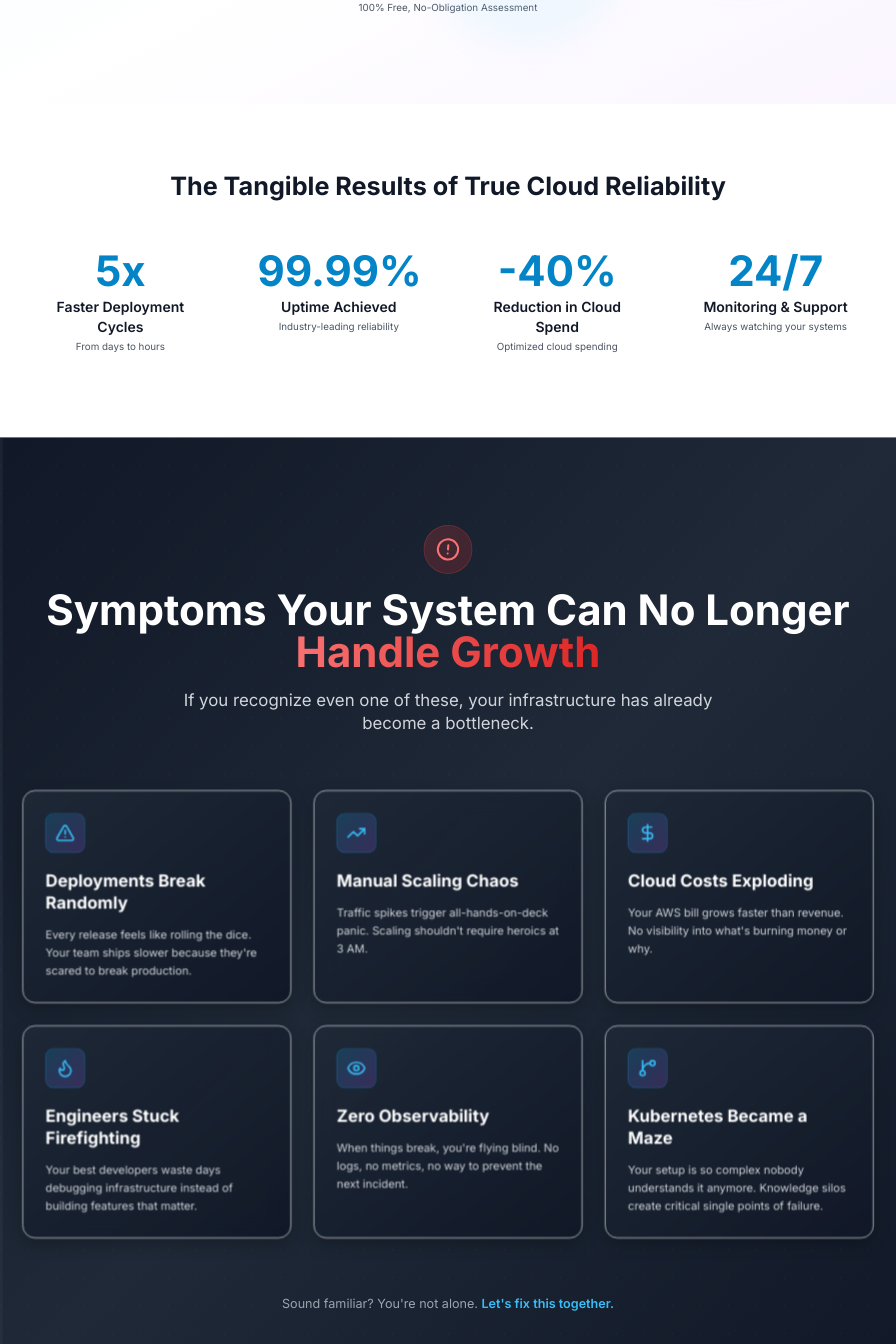
Repository: nirvaha-tech/nirva-monorepo
Page: / (app in frontend/)
An editor plug-in stored every save of this project. The page is shown before and after the next save, followed by the edit.
The browser window is 1280 px wide. The pictures show the part of the page from y = 507 to 2427 px (the page is 7108 px tall before and 7309 px after), at 70% of full size.
The project was rebuilt for these pictures with package versions that can differ from the ones it lists, and the page was loaded fresh each time. The framework's server and built-in components were replaced by stand-ins that run in the browser. Also part of the build but not shown: frontend/next.config.js.

Above is the page before, as saved 2025-11-14 22:49:57.

After the next save:
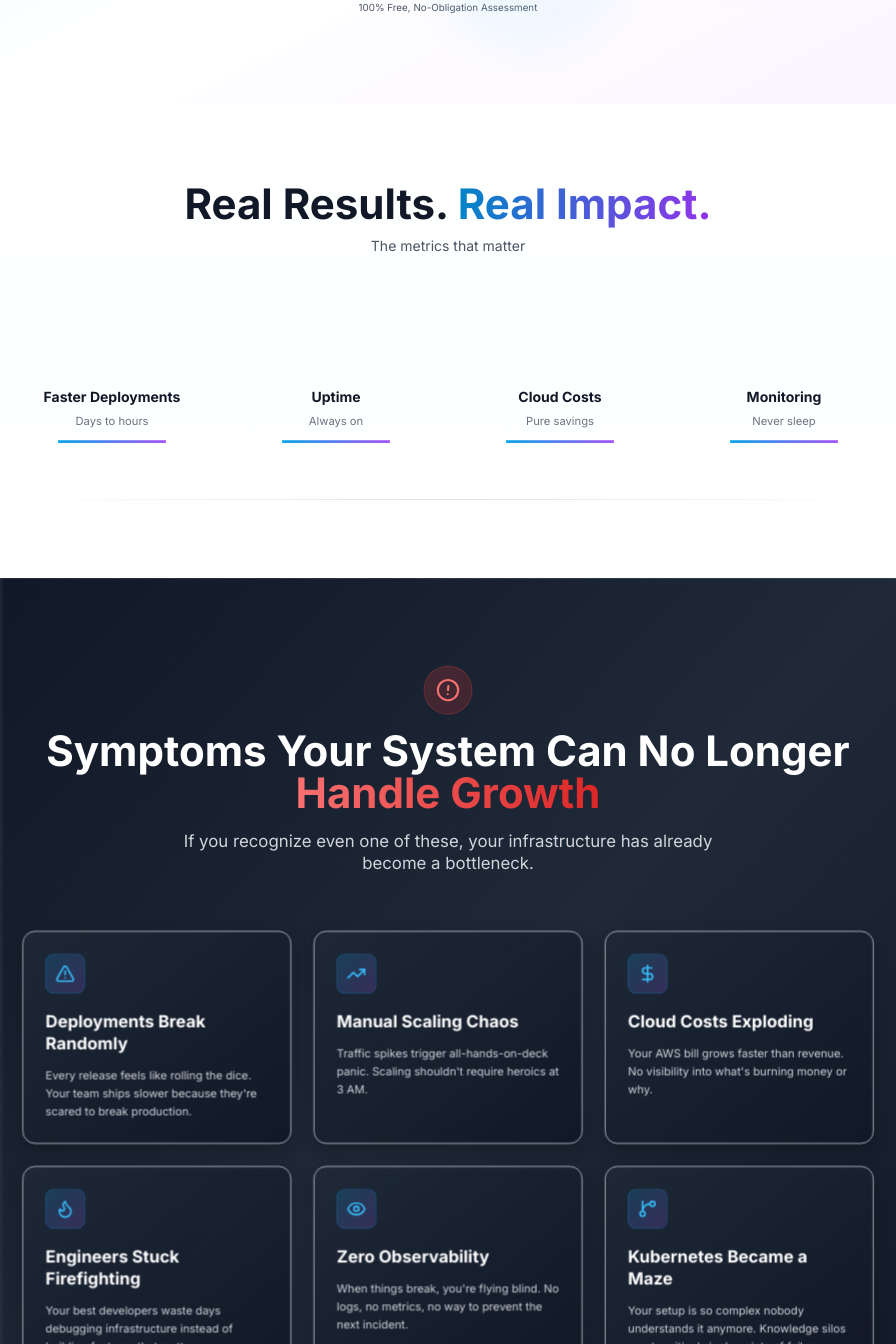
Saved 6 min 47 s later.
--- a/frontend/src/components/Stats.tsx
+++ b/frontend/src/components/Stats.tsx
@@ -1,92 +1,148 @@
 "use client";
 
-import { motion } from "framer-motion";
+import { motion, Variants } from "framer-motion";
 import { AnimatedCounter } from "./AnimatedCounter";
-import { AnimatedSection } from "./AnimatedSection";
 
 export function Stats() {
   const stats = [
     {
       value: 5,
       suffix: "x",
-      label: "Faster Deployment Cycles",
-      description: "From days to hours",
+      label: "Faster Deployments",
+      description: "Days to hours",
     },
     {
       value: 99.99,
       suffix: "%",
       decimals: 2,
-      label: "Uptime Achieved",
-      description: "Industry-leading reliability",
+      label: "Uptime",
+      description: "Always on",
     },
     {
       value: 40,
       prefix: "-",
       suffix: "%",
-      label: "Reduction in Cloud Spend",
-      description: "Optimized cloud spending",
+      label: "Cloud Costs",
+      description: "Pure savings",
     },
     {
       value: 24,
       suffix: "/7",
-      label: "Monitoring & Support",
-      description: "Always watching your systems",
+      label: "Monitoring",
+      description: "Never sleep",
     },
   ];
 
-  const container = {
+  const container: Variants = {
     hidden: { opacity: 0 },
     show: {
       opacity: 1,
       transition: {
-        staggerChildren: 0.2,
+        staggerChildren: 0.15,
+        delayChildren: 0.2,
       },
     },
   };
 
-  const item = {
-    hidden: { opacity: 0, y: 20 },
-    show: { opacity: 1, y: 0 },
+  const item: Variants = {
+    hidden: { opacity: 0, y: 30, scale: 0.9 },
+    show: {
+      opacity: 1,
+      y: 0,
+      scale: 1,
+      transition: {
+        duration: 0.5,
+        ease: [0, 0.71, 0.2, 1.01] as [number, number, number, number],
+      },
+    },
   };
 
   return (
-    <section className="py-16 md:py-24 bg-white">
-      <div className="max-w-7xl mx-auto px-4 sm:px-6 lg:px-8">
-        <AnimatedSection animation="fade">
-          <h2 className="text-3xl md:text-4xl font-bold text-center text-gray-900 mb-12">
-            The Tangible Results of True Cloud Reliability
+    <section className="py-20 md:py-28 bg-white relative overflow-hidden">
+      {/* Subtle background gradient */}
+      <div className="absolute inset-0 bg-gradient-to-b from-transparent via-primary-50/30 to-transparent opacity-50" />
+
+      <div className="relative max-w-7xl mx-auto px-4 sm:px-6 lg:px-8">
+        {/* Header */}
+        <motion.div
+          initial={{ opacity: 0, y: 20 }}
+          whileInView={{ opacity: 1, y: 0 }}
+          viewport={{ once: true }}
+          transition={{ duration: 0.6 }}
+          className="text-center mb-16 md:mb-20"
+        >
+          <h2 className="text-4xl md:text-6xl font-bold text-gray-900 mb-4">
+            Real Results.{" "}
+            <span className="text-transparent bg-clip-text bg-gradient-to-r from-primary-600 to-secondary-600">
+              Real Impact.
+            </span>
           </h2>
-        </AnimatedSection>
+          <p className="text-lg md:text-xl text-gray-600">
+            The metrics that matter
+          </p>
+        </motion.div>
+
+        {/* Stats Grid */}
         <motion.div
           variants={container}
           initial="hidden"
           whileInView="show"
-          viewport={{ once: true, amount: 0.3 }}
-          className="grid grid-cols-1 md:grid-cols-2 lg:grid-cols-4 gap-8"
+          viewport={{ once: true, amount: 0.2 }}
+          className="grid grid-cols-2 lg:grid-cols-4 gap-12 md:gap-16"
         >
           {stats.map((stat, index) => (
             <motion.div
               key={index}
               variants={item}
-              whileHover={{ scale: 1.05, y: -5 }}
-              transition={{ type: "spring", stiffness: 300 }}
-              className="text-center p-6 rounded-lg hover:bg-gradient-to-br hover:from-primary-50 hover:to-white hover:shadow-xl cursor-pointer group"
+              whileHover={{
+                scale: 1.1,
+                transition: { duration: 0.2, ease: "easeOut" }
+              }}
+              className="text-center cursor-pointer group"
             >
-              <div className="text-5xl md:text-6xl font-bold text-primary-600 mb-2 transition-all duration-300 group-hover:scale-110">
-                <AnimatedCounter
-                  end={stat.value}
-                  suffix={stat.suffix}
-                  prefix={stat.prefix}
-                  decimals={stat.decimals}
-                />
+              {/* Number */}
+              <div className="text-6xl md:text-7xl lg:text-8xl font-black mb-3 transition-all duration-300">
+                <span className="text-transparent bg-clip-text bg-gradient-to-br from-gray-900 via-primary-600 to-secondary-600 group-hover:from-primary-500 group-hover:via-secondary-500 group-hover:to-primary-700">
+                  <AnimatedCounter
+                    end={stat.value}
+                    suffix={stat.suffix}
+                    prefix={stat.prefix}
+                    decimals={stat.decimals}
+                  />
+                </span>
               </div>
-              <div className="text-xl font-semibold text-gray-900 mb-1">
+
+              {/* Label */}
+              <div className="text-lg md:text-xl font-bold text-gray-900 mb-2 group-hover:text-primary-600 transition-colors">
                 {stat.label}
               </div>
-              <div className="text-sm text-gray-600">{stat.description}</div>
+
+              {/* Description */}
+              <div className="text-sm md:text-base text-gray-500 group-hover:text-gray-700 transition-colors">
+                {stat.description}
+              </div>
+
+              {/* Hover line indicator */}
+              <motion.div
+                initial={{ scaleX: 0 }}
+                whileInView={{ scaleX: 1 }}
+                viewport={{ once: true }}
+                transition={{ delay: 0.5 + index * 0.1, duration: 0.4 }}
+                className="mt-4 h-1 bg-gradient-to-r from-primary-500 to-secondary-500 mx-auto"
+                style={{ width: '60%' }}
+              />
             </motion.div>
           ))}
         </motion.div>
+
+        {/* Bottom accent line */}
+        <motion.div
+          initial={{ scaleX: 0 }}
+          whileInView={{ scaleX: 1 }}
+          viewport={{ once: true }}
+          transition={{ delay: 1, duration: 0.8 }}
+          className="mt-20 h-px bg-gradient-to-r from-transparent via-gray-300 to-transparent"
+        />
       </div>
     </section>
   );
